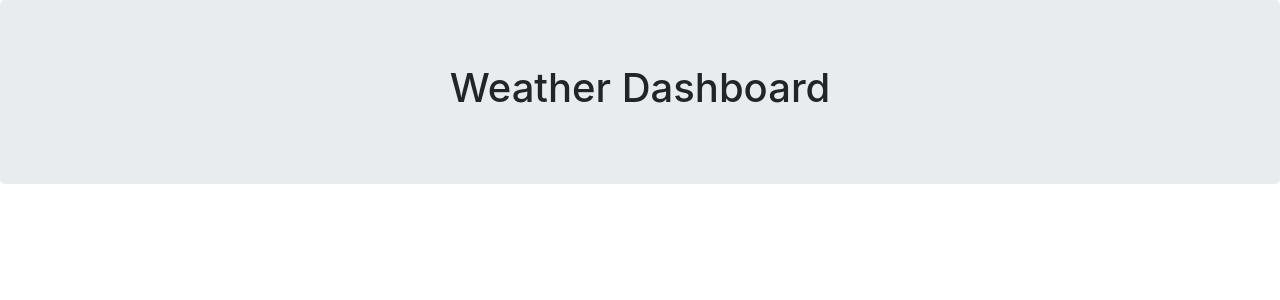
Repository: himaja830/Weather-Dashboard
Page: index.html
The author's editor kept a copy of each file at every save. The page is drawn from the files as they stood at one save, then again after the next save.
The browser window is 1280 px wide. The pictures show the whole page.

Above is the page before, as saved 2020-06-27 10:10:58.

### index.html
<!DOCTYPE html>
<html lang="en">
<head>
    <meta charset="UTF-8">
    <meta name="viewport" content="width=device-width, initial-scale=1.0">
    <title>Weather Dashboard</title>
    <link rel="stylesheet" href="https://stackpath.bootstrapcdn.com/bootstrap/4.5.0/css/bootstrap.min.css" integrity="sha384-9aIt2nRpC12Uk9gS9baDl411NQApFmC26EwAOH8WgZl5MYYxFfc+NcPb1dKGj7Sk" crossorigin="anonymous">
    <link rel="stylesheet" href="assets/style.css">
</head>
<body>
    <div class="jumbotron">
        <h1 class="h1">Weather Dashboard</h1>
    </div>

</body>
</html>

### assets/style.css
.jumbotron{
    text-align: center;
}

After the next save:
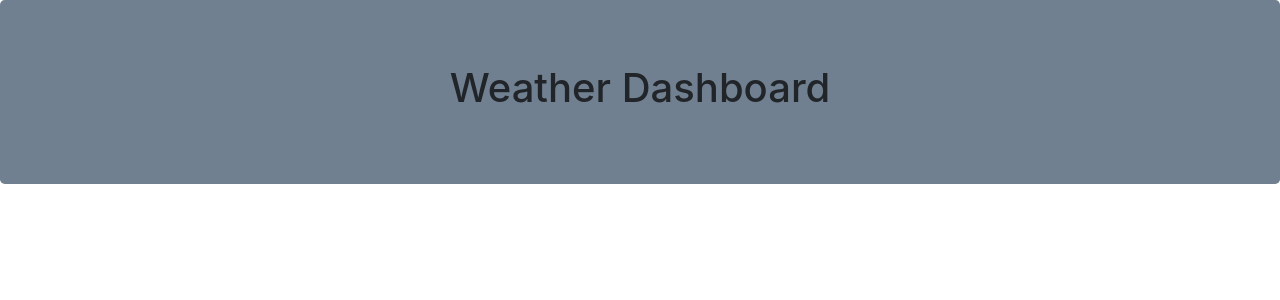
Saved 64 s later.
--- a/assets/style.css
+++ b/assets/style.css
@@ -1,3 +1,4 @@
 .jumbotron{
     text-align: center;
+    background-color: slategrey;
 }
